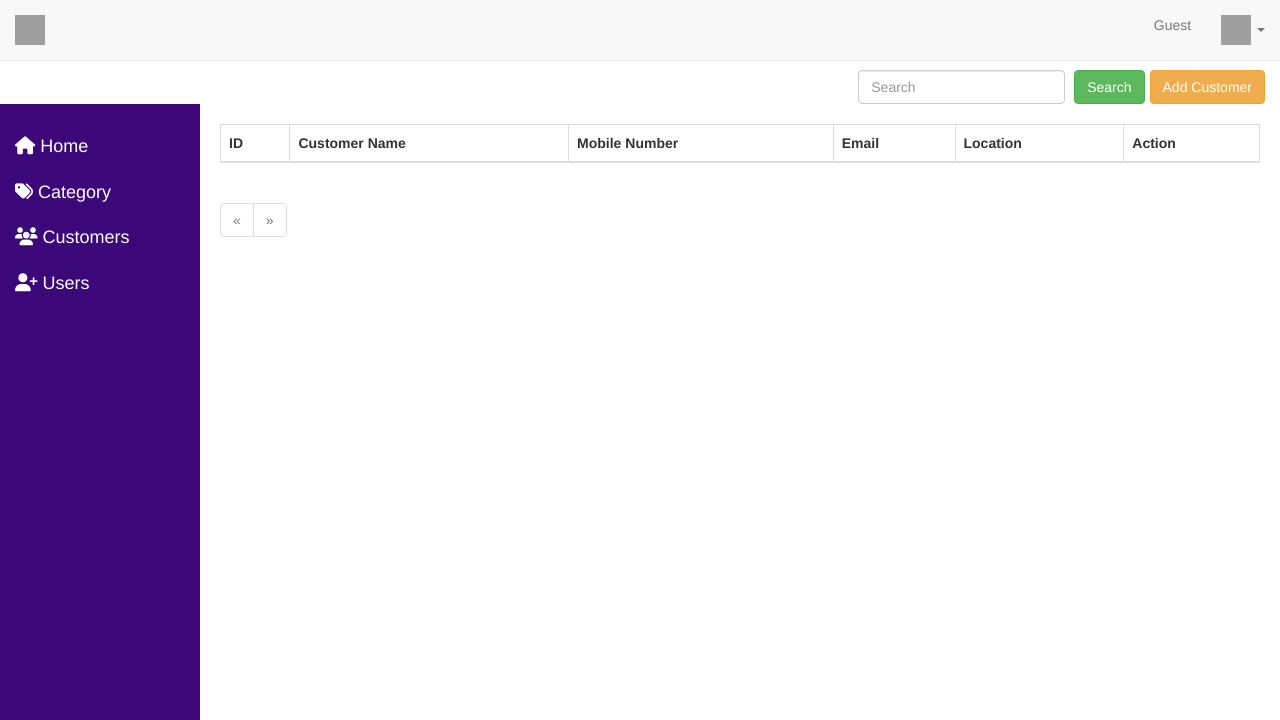
Repository: Nireshkumar24/CRM
Page: http://localhost/adduser
These files come from the project's save history. The page is drawn as it stood at one moment and after the next save; the edit follows.
The browser window is 1280 px wide. The pictures show the whole page.
Pictures or frames that could not be fetched are drawn as grey boxes. The page is served by the project's application, run on Flask 3 (app.py). Queries for data that is not in the repository find no rows.

Above is the page before, as saved 2024-05-23 11:18:50.
Console error: ReferenceError: $ is not defined

### templates/adduser.html
<!DOCTYPE html>
<html lang="en">

<head>
    <meta charset="UTF-8">
    <meta name="viewport" content="width=device-width, initial-scale=1.0">
    <title>Adduser</title>
    <!-- Bootstrap 3.3.7 CSS -->
    <link rel="stylesheet" href="https://cdn.jsdelivr.net/npm/bootstrap@3.3.7/dist/css/bootstrap.min.css">
    <link href="https://fonts.googleapis.com/css?family=Roboto&display=swap" rel="stylesheet">
    <link rel="stylesheet" href="https://cdnjs.cloudflare.com/ajax/libs/font-awesome/6.2.0/css/all.min.css">

    <style>
        .material-symbols-outlined {
            padding-top: 12px;
            height: 35px;
            width: 35px;
            font-variation-settings:
                'FILL' 0,
                'wght' 400,
                'GRAD' 0,
                'opsz' 24
        }


        .profile-dropdown-toggle::after {
            display: none;
        }

        .side-nav {
            height: 100vh;
            width: 200px;
            position: fixed;
            z-index: 1;
            left: 0;
            background-color: #3c0779;
            overflow-x: hidden;
            padding-top: 20px;
        }

        .side-nav a {
            padding: 10px 15px;
            text-decoration: none;
            font-size: 18px;
            color: white;
            display: block;
            transition: 0.3s;
        }

        .side-nav a:hover {
            color: #f1f1f1;
            background-color: #575757;
        }

        .content {
            margin-left: 200px;
            padding: 20px;
        }

        @media (max-width: 768px) {
            .side-nav {
                width: 105px;
                min-height: 50%;
                max-height: 100%;

            }

            .content {
                margin-left: 110px;
            }

            .navbar-header {
                float: left;
            }

            .navbar-collapse.collapse {
                display: block !important;
                height: auto !important;
                padding-bottom: 0;
                overflow: visible !important;
            }

            .navbar-nav>li {
                display: inline-block;
            }

            .navbar-nav {
                float: none;
                /* text-align: center; */
                text-align: right;
            }


            .navbar-right .dropdown-menu {
                right: 0;
                left: auto;
            }

            .navbar-toggle {
                display: none;
            }


            .navbar-brand img {
                max-width: 100%;
                height: auto;
            }

            @media (max-width: 768px) {
                #searchForm {
                    display: flex;
                    align-items: center;
                    /* Align items vertically */
                    justify-content: flex-start;

                    /* Align items to the start of the container */
                    flex-wrap: nowrap;
                    /* Prevent wrapping */
                    padding-left: 500px;
                    /* Adjust based on sidebar presence */
                }

                #searchForm .form-control,
                #searchForm .btn,
                #searchForm select {
                    margin: 0 5px;
                    /* Minimal margin between elements */
                    flex-grow: 0;
                    /* Prevent growth */
                    flex-shrink: 0;
                    /* Prevent shrink */
                    width: auto;
                    /* Adjust width automatically */
                }

                /* Example: Reduce the size of inputs/selects */
                #searchForm input[type="search"],
                #searchForm select {
                    max-width: 120px;
                    /* Adjust based on needs */
                }

                /* Reduce the padding inside the form elements to save space */
                #searchForm .form-control,
                #searchForm .btn {
                    padding: 6px 12px;
                    font-size: 12px;
                    /* Reduce font size for space */
                }

                /* Adjust the clear filters button to be smaller or replaced with an icon */
                #searchForm .btn-secondary {
                    padding: 6px 6px;
                    /* Smaller padding */
                    font-size: 12px;
                    /* Smaller text */
                }

                /* Hide text on clear filters button, show only on large screens */
                #searchForm .btn-secondary .text {
                    display: none;
                }

                /* Optional: use an icon for the clear button */
                #searchForm .btn-secondary:before {
                    content: "\2715";
                    display: inline-block;
                }
            }

            .btn-success {
                background-color: #28a745;
            }


        }
    </style>
</head>

<body>
    <!-- Navbar using Bootstrap 3 structure -->
    <nav class="navbar navbar-default navbar-fixed-top">
        <div class="container-fluid">
            <div class="navbar-header">
                <button type="button" class="navbar-toggle collapsed" data-toggle="collapse"
                    data-target="#navbar-collapse-1" aria-expanded="false">
                    <span class="sr-only">Toggle navigation</span>
                    <span class="icon-bar"></span>
                    <span class="icon-bar"></span>
                    <span class="icon-bar"></span>
                </button>
                <a class="navbar-brand" href="#">
                    <img src="path/to/your/logo.png" width="30" height="30" class="d-inline-block align-top" alt=""
                        loading="lazy">
                </a>
            </div>
            <div class="collapse navbar-collapse" id="navbar-collapse-1">
                <ul class="nav navbar-nav navbar-right">
                    <li><a href="#">{{ session['username'] if 'username' in session else 'Guest' }}</a></li>
                    <li class="dropdown">
                        <a href="#" class="dropdown-toggle" data-toggle="dropdown" role="button" aria-haspopup="true"
                            aria-expanded="false">
                            <img src="path/to/profile/picture.jpg" width="30" height="30" class="rounded-circle"
                                alt="Profile Picture"> <span class="caret"></span>
                        </a>
                        <ul class="dropdown-menu">
                            <li><a href="{{url_for('login')}}">Logout</a></li>
                        </ul>
                    </li>
                </ul>
            </div>
        </div>
    </nav>
    <div class="container-fluid" style="padding-top: 70px;">
        <div class="row">
            <div class="col-md-12" id="search-and-add">
                <form class="form-inline text-right" action="/search_user" method="post">
                    <input type="search" class="form-control" placeholder="Search" name="search"
                        style="margin-right: 5px;">
                    <button type="submit" class="btn btn-success" style="margin-right: 5px;">Search</button>
                    <button type="button" class="btn btn-warning pull-right" data-toggle="modal"
                        data-target="#addCategoryModal">
                        Add Customer
                    </button>
                </form>
            </div>
        </div>
    </div>

    <div class="side-nav">
        <a href="/index"><i class="fa fa-home"></i> Home</a>
        <a href="/addcategory"><i class="fa fa-tags"></i> Category</a>
        <a href="/adduser"><i class="fa fa-users"></i> Customers</a>
        <a href="/createuser"><i class="fa fa-user-plus"></i> Users</a>
    </div>
    <div class="content">
        <table class="table table-striped table-bordered hover">
            <thead class="thead-light">
                <tr>
                    <th>ID</th>
                    <th>Customer Name</th>
                    <th>Mobile Number</th>
                    <th>Email</th>
                    <th>Location</th>
                    <th>Action</th>

                </tr>
            </thead>
            <tbody>



                {% for customer in customers %}

                <tr>
                    <td>{{ customer.id }}</td>
                    <!-- <td>{{ customer.customer_name }}</td> -->
                    <td><a href="{{ url_for('user_profile', user_id=customer.id) }}">{{ customer.customer_name }}</a>
                    </td>

                    <td>{{ customer.mobile_number }}</td>
                    <td>{{ customer.email }}</td>
                    <td>{{ customer.location }}</td>

                    <td>
                        <div class="dropdown">
                            <a href="#" class="dropdown-toggle" data-toggle="dropdown" aria-expanded="false">
                                <span class="glyphicon glyphicon-option-vertical"></span>
                            </a>
                            <ul class="dropdown-menu" role="menu">
                                <li><a href="#" data-toggle="modal"
                                        data-target="#editCustomerModal-{{ customer.id }}">Edit</a></li>
                                <li>
                                    <form action="{{ url_for('delete_customer', id=customer.id) }}" method="post"
                                        onsubmit="return confirm('Are you sure?');">
                                        <button type="submit" class="btn btn-link">Delete</button>
                                    </form>
                                </li>
                            </ul>
                        </div>
                    </td>
                    <td><a href="{{ url_for('user_profile', user_id=customer.id) }}" class="btn btn-success">View
                            Profile</a></td>
                    <td>
                        <button onclick="generateAndShowLink('{{ customer.id }}')" class="btn btn-warning">Generate
                            Upload Link</button>
                    </td>

                    <td><a href="{{ url_for('upload_documents', user_id=customer.id) }}" class="btn btn-primary">Upload
                            Documents</a></td>
                    </td>
                </tr>
                <div class="modal fade" id="editCustomerModal-{{ customer.id }}" tabindex="-1" role="dialog"
                    aria-labelledby="editCustomerLabel-{{ customer.id }}">
                    <!-- Modal content -->
                    <div class="modal-dialog" role="document">
                        <div class="modal-content">
                            <!-- Corrected form action to use 'customer.id' -->
                            <form action="{{ url_for('edit_customer', id=customer.id) }}" method="post">
                                <div class="modal-header">
                                    <h5 class="modal-title">Edit Customer</h5>
                                    <button type="button" class="close" data-dismiss="modal" aria-label="Close">
                                        <span aria-hidden="true">&times;</span>
                                    </button>
                                </div>
                                <div class="modal-body">
                                    <!-- Corrected form fields to use 'customer' -->
                                    <div class="form-group">
                                        <label>Customer Name</label>
                                        <input type="text" name="cname" class="form-control"
                                            value="{{ customer.customer_name }}" required>
                                    </div>
                                    <div class="form-group">
                                        <label>Email</label>
                                        <input type="email" name="email" class="form-control"
                                            value="{{ customer.email }}" required>
                                    </div>
                                    <div class="form-group">
                                        <label>Mobile</label>
                                        <!-- <input type="number" name="mobileNumber" class="form-control"
                                            value="{{ customer.mobile_number }}" required> -->
                                        <input type="tel" class="form-control" id="mobileNumber" name="mobileNumber"
                                            required maxlength="10" pattern="\d{10}"
                                            title="Mobile number must be 10 digits" value="{{customer.mobile_number}}">

                                    </div>
                                    <div class="form-group">
                                        <label>Location</label>
                                        <input type="text" name="location" class="form-control"
                                            value="{{ customer.location }}" required>
                                    </div>
                                    <!-- CSRF token should be added here if you're using Flask-WTF for CSRF protection -->
                                </div>
                                <div class="modal-footer">
                                    <button type="button" class="btn btn-secondary" data-dismiss="modal">Close</button>
                                    <button type="submit" class="btn btn-primary">Save changes</button>
                                </div>
                            </form>
                        </div>
                    </div>
                </div>

                {% endfor %}


            </tbody>
        </table>
        <nav>
            <ul class="pagination">
                <li class="{{ 'disabled' if not pagination.has_prev }}">
                    <a href="{{ url_for('adduser', page=pagination.prev_num) }}" aria-label="Previous">
                        <span aria-hidden="true">&laquo;</span>
                    </a>
                </li>
                {% for page in pagination.iter_pages() %}
                <li class="{{ 'active' if page == pagination.page }}">
                    <a href="{{ url_for('adduser', page=page) }}">{{ page }}</a>
                </li>
                {% endfor %}
                <li class="{{ 'disabled' if not pagination.has_next }}">
                    <a href="{{ url_for('adduser', page=pagination.next_num) }}" aria-label="Next">
                        <span aria-hidden="true">&raquo;</span>
                    </a>
                </li>
            </ul>
        </nav>
    </div>
    <!-- Modal -->

    <div class="modal fade" id="addCategoryModal" tabindex="-1" role="dialog" aria-labelledby="modalLabel"
        aria-hidden="true">
        <div class="modal-dialog" role="document">
            <div class="modal-content">
                <div class="modal-header">
                    <h4 class="modal-title" id="modalLabel">Add Customer</h4>
                    <button type="button" class="close" data-dismiss="modal" aria-label="Close">
                        <span aria-hidden="true">&times;</span>
                    </button>
                </div>

                <div class="modal-body">
                    <form method="post" action="{{ url_for('adduser') }}">
                        <div class="form-group">
                            <label for="customerName">Customer Name</label>
                            <input type="text" class="form-control" id="customerName" required name="cname">
                        </div>
                        <div class="form-group">
                            <label for="email">Email</label>
                            <input type="email" class="form-control" id="email" required name="email">
                        </div>
                        <div class="form-group">
                            <label for="mobileNumber">Mobile Number</label>
                            <!-- <input type="number" class="form-control" id="mobileNumber" required name="mobileNumber"> -->
                            <input type="tel" class="form-control" id="mobileNumber" name="mobileNumber" required
                                maxlength="10" pattern="\d{10}" title="Mobile number must be 10 digits">

                        </div>

                        <div class="form-group">
                            <label for="location">Location</label>
                            <input type="text" class="form-control" id="location" required name="location">
                        </div>

                        <div class="modal-footer">
                            <button type="button" class="btn btn-secondary" data-dismiss="modal">Close</button>
                            <button type="submit" class="btn btn-primary">Save changes</button>
                        </div>
                    </form>
                </div>

            </div>
        </div>
    </div>


    <div class="modal fade " id="linkModal" tabindex="-1" role="dialog" aria-labelledby="linkModalLabel"
        aria-hidden="true">
        <div class="modal-dialog" role="document">
            <div class="modal-content">
                <div class="modal-header">
                    <h5 class="modal-title" id="linkModalLabel">Your Upload Link</h5>
                    <button type="button" class="close" data-dismiss="modal" aria-label="Close">
                        <span aria-hidden="true">&times;</span>
                    </button>
                </div>
                <div class="modal-body " style="display: flex;">
                    <input type="text" class="form-control" id="generatedLink" value="https://example.com" readonly>
                    <button type="button" class="btn btn-primary mt-2" id="copyButton" onclick="copyToClipboard()">
                        Copy Link
                    </button>
                </div>
            </div>
        </div>
    </div>






    <script>
        $(document).ready(function () {
            var navbarHeight = $('.navbar').outerHeight();
            $('.side-nav').css('top', navbarHeight + 'px');
        });
    </script>
    <script>
        function generateAndShowLink(userId) {
            fetch(`/generate_link/${userId}`)
                .then(response => {
                    if (!response.ok) {
                        throw new Error('Network response was not ok: ' + response.statusText);
                    }
                    return response.json();
                })
                .then(data => {
                    if (data.link) {
                        document.getElementById('generatedLink').value = data.link; // Set link in input field
                        $('#linkModal').modal('show'); // Display the modal
                    } else {
                        alert('Link generation failed, no link provided.');
                    }
                })
                .catch(error => {
                    console.error('Fetch error:', error);
                    alert('Error generating link: ' + error.message);
                });
        }

        // function copyToClipboard() {
        //     var copyText = document.getElementById("generatedLink");
        //     copyText.select();
        //     copyText.setSelectionRange(0, 99999);
        //     document.execCommand("copy");
        //     alert("Copied to clipboard: " + copyText.value);
        // }
        function copyToClipboard() {
            var copyText = document.getElementById("generatedLink");
            copyText.select();
            document.execCommand("copy");

            var copyButton = document.getElementById("copyButton");
            copyButton.innerHTML = 'Copied <i class="fas fa-check"></i>'; // Assumes FontAwesome is used for icons
            copyButton.classList.add("btn-success"); // Change button color to green
            copyButton.classList.remove("btn-primary");

            setTimeout(function () { // Reset button after 3 seconds
                copyButton.innerHTML = "Copy Link";
                copyButton.classList.add("btn-primary");
                copyButton.classList.remove("btn-success");
            }, 3000);
        }

    </script>
    <script>function validateMobileNumber(input) {
            // Remove any characters that are not digits
            input.value = input.value.replace(/\D/g, '');

            // Limit to 10 digits
            if (input.value.length > 10) {
                input.value = input.value.slice(0, 10);
            }
        }
    </script>

    <!-- Include Bootstrap and jQuery -->
    <script src="https://code.jquery.com/jquery-3.5.1.slim.min.js"></script>
    <!-- <script src="https://cdn.jsdelivr.net/npm/bootstrap@4.5.2/js/bootstrap.min.js"></script> -->
    <!-- jQuery (necessary for Bootstrap's JavaScript plugins) -->
    <script src="https://ajax.googleapis.com/ajax/libs/jquery/1.12.4/jquery.min.js"></script>
    <!-- Include all compiled plugins (below), or include individual files as needed -->
    <script src="https://cdn.jsdelivr.net/npm/bootstrap@3.3.7/dist/js/bootstrap.min.js"></script>
    <!-- <script src="https://ajax.googleapis.com/ajax/libs/jquery/1.12.4/jquery.min.js"></script> -->
    <!-- <script src="https://cdn.jsdelivr.net/npm/bootstrap@3.3.7/dist/js/bootstrap.min.js"></script> -->

</body>

</html>

Loaded but not shown: app.py (707 lines, source omitted)

After the next save:
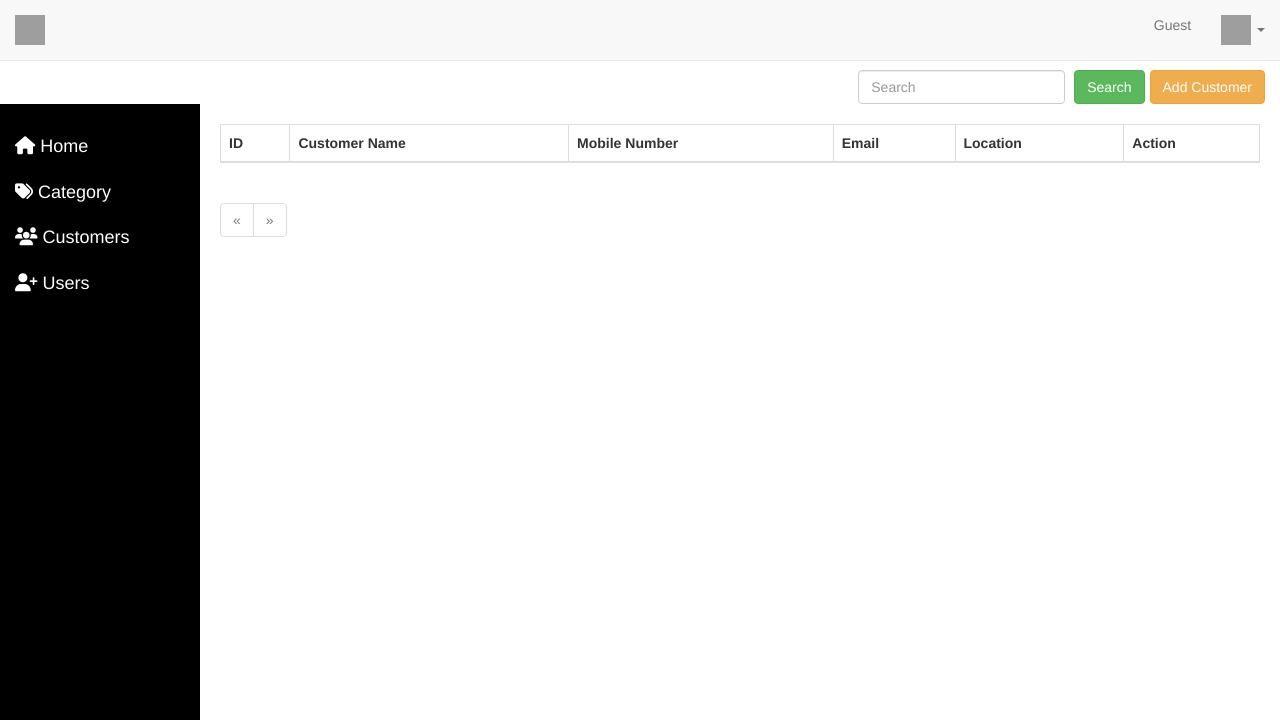
Saved 4 min 56 s later.
--- a/templates/adduser.html
+++ b/templates/adduser.html
@@ -11,18 +11,6 @@
     <link rel="stylesheet" href="https://cdnjs.cloudflare.com/ajax/libs/font-awesome/6.2.0/css/all.min.css">
 
     <style>
-        .material-symbols-outlined {
-            padding-top: 12px;
-            height: 35px;
-            width: 35px;
-            font-variation-settings:
-                'FILL' 0,
-                'wght' 400,
-                'GRAD' 0,
-                'opsz' 24
-        }
-
-
         .profile-dropdown-toggle::after {
             display: none;
         }
@@ -33,7 +21,7 @@
             position: fixed;
             z-index: 1;
             left: 0;
-            background-color: #3c0779;
+            background-color: #000;
             overflow-x: hidden;
             padding-top: 20px;
         }
@@ -58,21 +46,14 @@
         }
 
         @media (max-width: 768px) {
-            .side-nav {
-                width: 105px;
-                min-height: 50%;
-                max-height: 100%;
-
-            }
-
-            .content {
-                margin-left: 110px;
-            }
-
+
+
+            /* Always float the navbar header to the left */
             .navbar-header {
                 float: left;
             }
 
+            /* Override the collapsing behavior */
             .navbar-collapse.collapse {
                 display: block !important;
                 height: auto !important;
@@ -80,31 +61,37 @@
                 overflow: visible !important;
             }
 
+            /* Ensure navbar items are displayed inline */
             .navbar-nav>li {
                 display: inline-block;
             }
 
+            /* Center the navbar items */
             .navbar-nav {
                 float: none;
                 /* text-align: center; */
                 text-align: right;
-            }
-
-
+
+            }
+
+            /* Adjust the dropdown menu position */
             .navbar-right .dropdown-menu {
                 right: 0;
                 left: auto;
             }
 
+            /* Optional: Increase the size of the toggle for better usability */
             .navbar-toggle {
                 display: none;
-            }
-
-
+                /* You might choose to hide or show and increase its size */
+            }
+
+            /* Adjust the brand logo size if necessary */
             .navbar-brand img {
                 max-width: 100%;
                 height: auto;
             }
+
 
             @media (max-width: 768px) {
                 #searchForm {
@@ -443,8 +430,7 @@
             var navbarHeight = $('.navbar').outerHeight();
             $('.side-nav').css('top', navbarHeight + 'px');
         });
-    </script>
-    <script>
+
         function generateAndShowLink(userId) {
             fetch(`/generate_link/${userId}`)
                 .then(response => {
